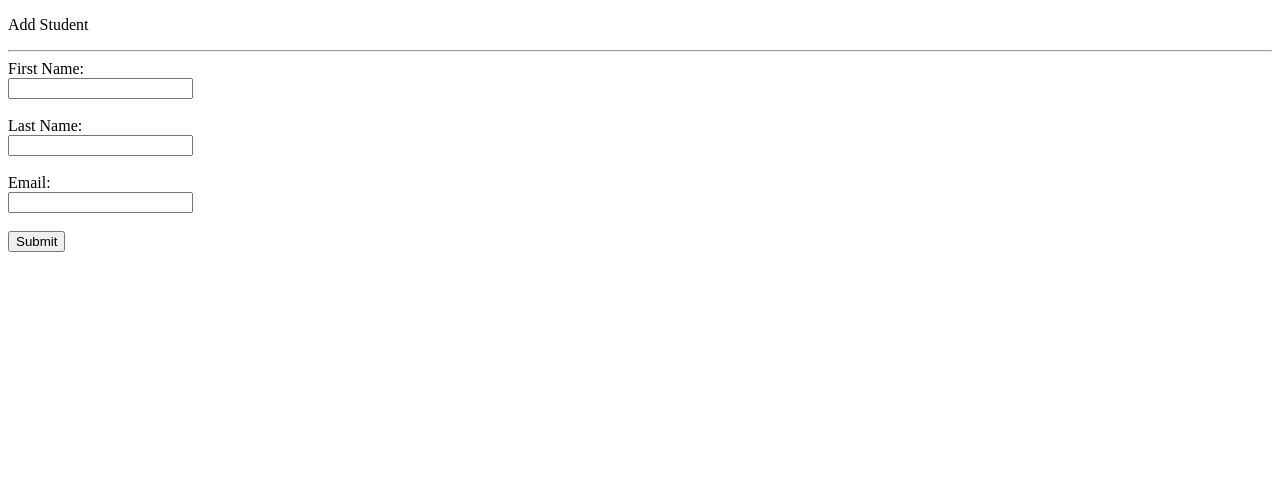
Repository: manvendra-24/jsp-servlets
Page: http://localhost/12-student-mvc-db/add-student.jsp
An editor plug-in stored every save of this project. The page is shown before and after the next save, followed by the edit.
The browser window is 1280 px wide. The pictures show the whole page.
The page is served by Tomcat 9.

Above is the page before, as saved 2024-07-17 07:24:35.

After the next save:
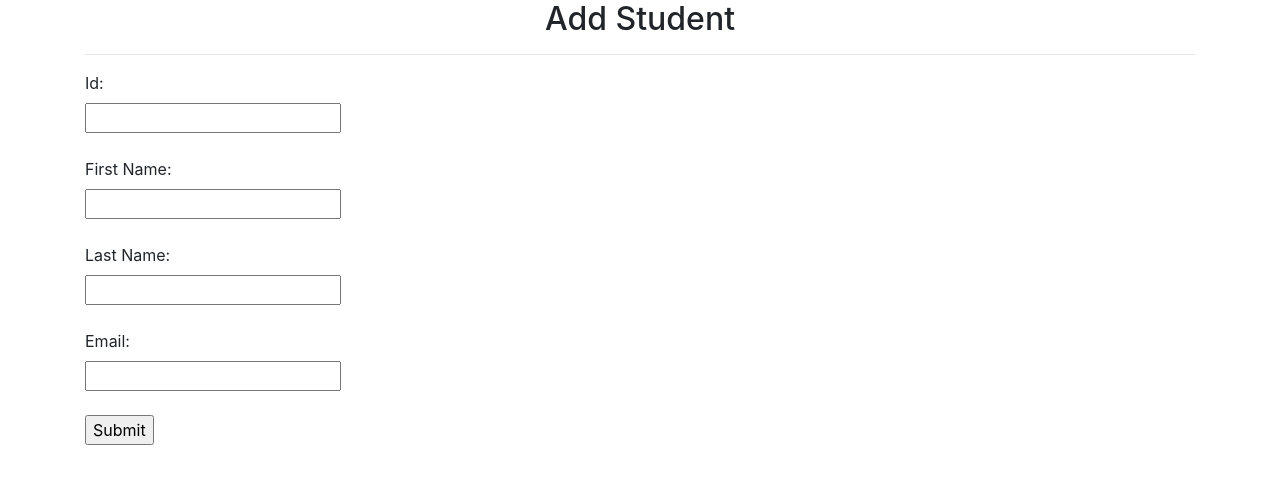
Saved 3 min 4 s later.
--- a/12-student-mvc-db/WebContent/add-student.jsp
+++ b/12-student-mvc-db/WebContent/add-student.jsp
@@ -5,6 +5,7 @@
 <head>
 <meta charset="UTF-8">
 <title>Add Student</title>
+<link href="https://maxcdn.bootstrapcdn.com/bootstrap/4.0.0/css/bootstrap.min.css" rel="stylesheet">
 </head>
 <body>
 
@@ -13,17 +14,20 @@
 			<p class="h2">Add Student</p>
 		</div>
 		<hr>
-		<form action="submitStudentDetails.jsp" method="post">
-        <label for="first_name">First Name:</label><br>
-        <input type="text" id="firstName" name="firstName" required><br><br>
+		<form action="student" method="get">
+			<label for="id">Id:</label><br>
+			<input type="text" id="id" name="id" required><br><br>
 
-        <label for="lastName">Last Name:</label><br>
-        <input type="text" id="lastName" name="lastName" required><br><br>
+	        <label for="first_name">First Name:</label><br>
+	        <input type="text" id="first_name" name="first_name" required><br><br>
 
-        <label for="email">Email:</label><br>
-        <input type="email" id="email" name="email" required><br><br>
+	        <label for="last_name">Last Name:</label><br>
+	        <input type="text" id="last_name" name="last_name" required><br><br>
 
-        <input type="submit" value="Submit">
+	        <label for="email">Email:</label><br>
+	        <input type="email" id="email" name="email" required><br><br>
+
+	        <input type="submit" value="Submit">
     	</form>
 	</div>
 
